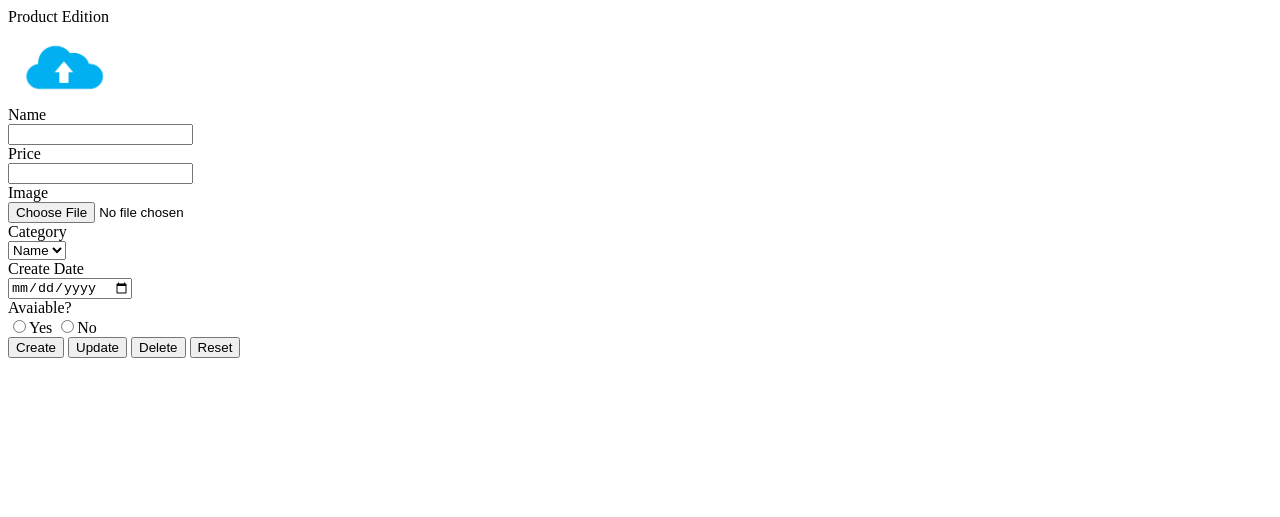
Repository: TrieuLDH/TrieuLDH54
Page: Java 6/Assignment/assignment/src/main/resources/static/assets/admin/product/_form.html
The author's editor kept a copy of each file at every save. The page is drawn from the files as they stood at one save, then again after the next save.
The browser window is 1280 px wide. The pictures show the whole page.

Above is the page before, as saved 2022-08-07 05:00:04.

### Java 6/Assignment/assignment/src/main/resources/static/assets/admin/product/_form.html
<div class="panel panel-default">
	<div class="panel-heading">Product Edition</div>
	<div class="panel-body">
		<div class="row">
			<div class="col-sm-4 text-center">
				<label for="image">
					<img src="/assets/images/cloud-upload.jpg" style="max-width: 100%; height: 80px;">
				</label>
			</div>
			<div class="col-sm-8">
				<div class="row">
					<div class="form-group col-sm-6">
						<div>Name</div>
						<input class="form-control" />
					</div>
					<div class="form-group col-sm-6">
						<div>Price</div>
						<input class="form-control" />
					</div>
				</div>
				<div class="row">
					<div class="form-group col-sm-6">
						<div>Image</div>
						<input type="file" class="form-control" id="image" />
					</div>
					<div class="form-group col-sm-6">
						<div>Category</div>
						<select class="form-control">
							<option value="id">Name</option>
						</select>
					</div>
				</div>
				<div class="row">
					<div class="form-group col-sm-6">
						<div>Create Date</div>
						<input type="date" class="form-control" />
					</div>
					<div class="form-group col-sm-6">
						<div>Avaiable?</div>
						<div class="form-control">
							<label class="radio-inline">
								<input value="true" name="available" type="radio" >Yes
							</label>
							<label class="radio-inline">
								<input value="false" name="available" type="radio" >No
							</label>
						</div>
					</div>
				</div>
			</div>
		</div>
	</div>
	<div class="panel-footer text-center">
		<button class="btn btn-primary">
			<b class="glyphicon glyphicon-plus"></b>Create
		</button>
		<button class="btn btn-success">
			<b class="glyphicon glyphicon-save"></b>Update
		</button>
		<button class="btn btn-danger">
			<b class="glyphicon glyphicon-trash"></b>Delete
		</button>
		<button class="btn btn-info">
			<b class="glyphicon glyphicon-refresh"></b>Reset
		</button>
	</div>
</div>

After the next save:
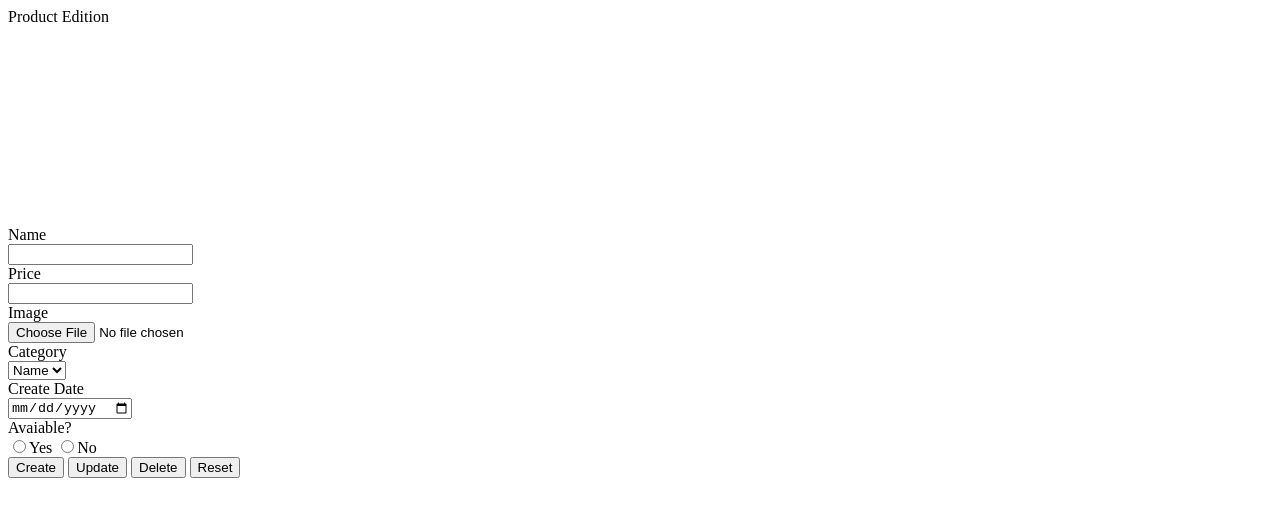
Saved 5 min 46 s later.
--- a/Java 6/Assignment/assignment/src/main/resources/static/assets/admin/product/_form.html
+++ b/Java 6/Assignment/assignment/src/main/resources/static/assets/admin/product/_form.html
@@ -4,18 +4,18 @@
 		<div class="row">
 			<div class="col-sm-4 text-center">
 				<label for="image">
-					<img src="/assets/images/cloud-upload.jpg" style="max-width: 100%; height: 80px;">
+					<img ng-src="{'/assets/images/' + form.image}" style="max-width: 100%; height: 200px;">
 				</label>
 			</div>
 			<div class="col-sm-8">
 				<div class="row">
 					<div class="form-group col-sm-6">
 						<div>Name</div>
-						<input class="form-control" />
+						<input ng-model="form.name" class="form-control" />
 					</div>
 					<div class="form-group col-sm-6">
 						<div>Price</div>
-						<input class="form-control" />
+						<input ng-model="form.price" class="form-control" />
 					</div>
 				</div>
 				<div class="row">
@@ -25,7 +25,7 @@
 					</div>
 					<div class="form-group col-sm-6">
 						<div>Category</div>
-						<select class="form-control">
+						<select ng-model="form.category.id" class="form-control">
 							<option value="id">Name</option>
 						</select>
 					</div>
@@ -33,16 +33,16 @@
 				<div class="row">
 					<div class="form-group col-sm-6">
 						<div>Create Date</div>
-						<input type="date" class="form-control" />
+						<input ng-model="form.createDate" type="date" class="form-control" />
 					</div>
 					<div class="form-group col-sm-6">
 						<div>Avaiable?</div>
 						<div class="form-control">
 							<label class="radio-inline">
-								<input value="true" name="available" type="radio" >Yes
+								<input ng-model="form.available" ng-value="true" name="available" type="radio" >Yes
 							</label>
 							<label class="radio-inline">
-								<input value="false" name="available" type="radio" >No
+								<input ng-model="form.available" ng-value="false" name="available" type="radio" >No
 							</label>
 						</div>
 					</div>
